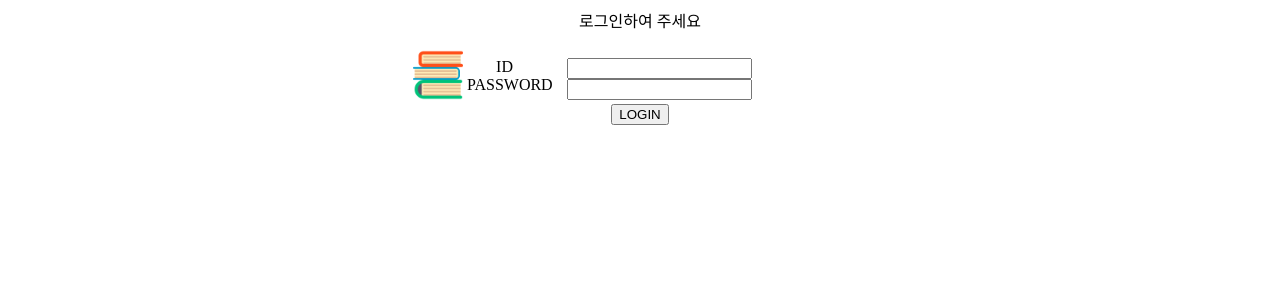
Repository: Minnaldo/Dev
Page: BackEnd/Eworkspace/ws_0911/WebContent/Login.html
An editor plug-in stored every save of this project. The page is shown before and after the next save, followed by the edit.
The browser window is 1280 px wide. The pictures show the whole page.

Above is the page before, as saved 2019-09-13 05:18:09.

After the next save:
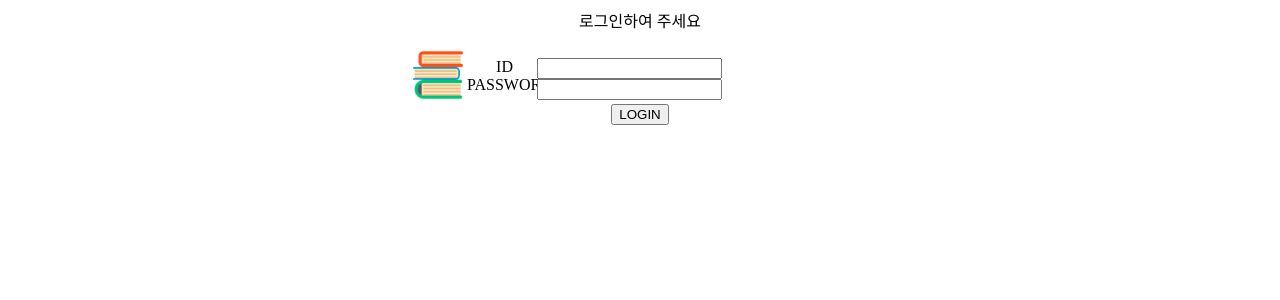
Saved 18 s later.
--- a/BackEnd/Eworkspace/ws_0911/WebContent/Login.html
+++ b/BackEnd/Eworkspace/ws_0911/WebContent/Login.html
@@ -42,7 +42,7 @@
 			<br>
 			<img src="./images/books.png" alt="books" style="width: 50px;">
 			<div style="display: inline-block; width: 400px; ">
-			<div style='float: left; width: 50px; margin-right: 50px'>
+			<div style='float: left; width: 50px; margin-right: 20px'>
 				<td>
 				<div style="text-align : right;" >ID&nbsp; </div>
 				</td>
